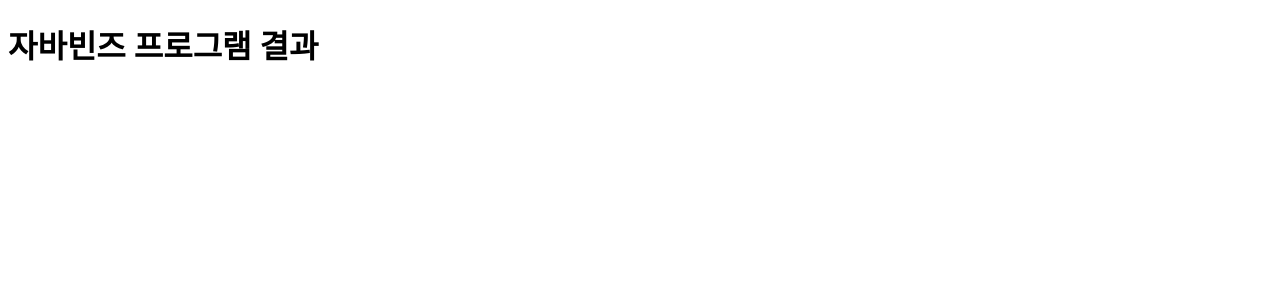
Repository: kr1124/jsp
Page: http://localhost/ServletProject/sample/simpleBean.jsp
The author's editor kept a copy of each file at every save. The page is drawn from the files as they stood at one save, then again after the next save.
The browser window is 1280 px wide. The pictures show the whole page.
The page is served by Tomcat 9. Other server files are loaded and not shown.

Above is the page before, as saved 2024-12-05 02:52:38.

### ServletProject/src/main/webapp/sample/simpleBean.jsp
<%@ page language="java" contentType="text/html; charset=UTF-8"
    pageEncoding="UTF-8"%>
<%
	request.setCharacterEncoding("utf-8");
%>
<jsp:useBean id="msg" class="com.sample.SimpleData"/>
<jsp:setProperty property="message" name="msg"/>
<!DOCTYPE html>
<html>
	<head>
		<meta charset="UTF-8">
		<title></title>
	</head>
	<body>
		<h1>자바빈즈 프로그램 결과</h1>

	</body>
</html>

### ServletProject/src/main/java/com/sample/SimpleData.java
package com.sample;

public class SimpleData {
	private String message;

	public String getMessage() {
		return message;
	}

	public void setMessage(String message) {
		this.message = message;
	}


}

After the next save:
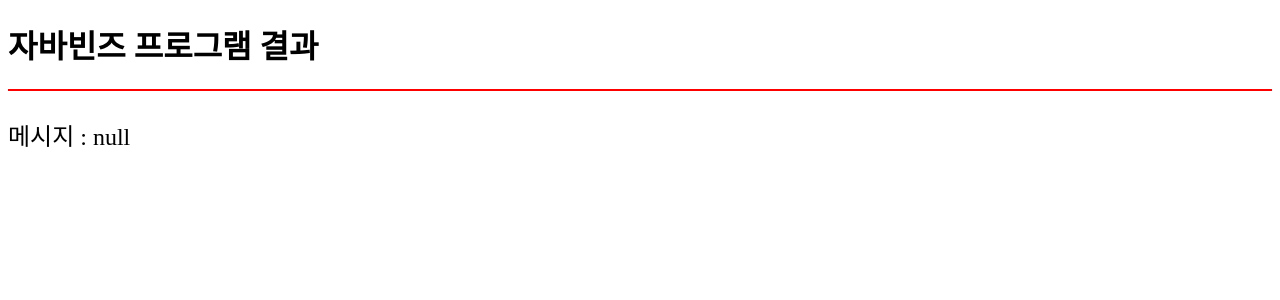
Saved 95 s later.
--- a/ServletProject/src/main/webapp/sample/simpleBean.jsp
+++ b/ServletProject/src/main/webapp/sample/simpleBean.jsp
@@ -13,6 +13,9 @@
 	</head>
 	<body>
 		<h1>자바빈즈 프로그램 결과</h1>
-
+		<hr color="red" ><br>
+		<font size="5">
+			메시지 : <jsp:getProperty property="message" name="msg"/>
+		</font>
 	</body>
 </html>
